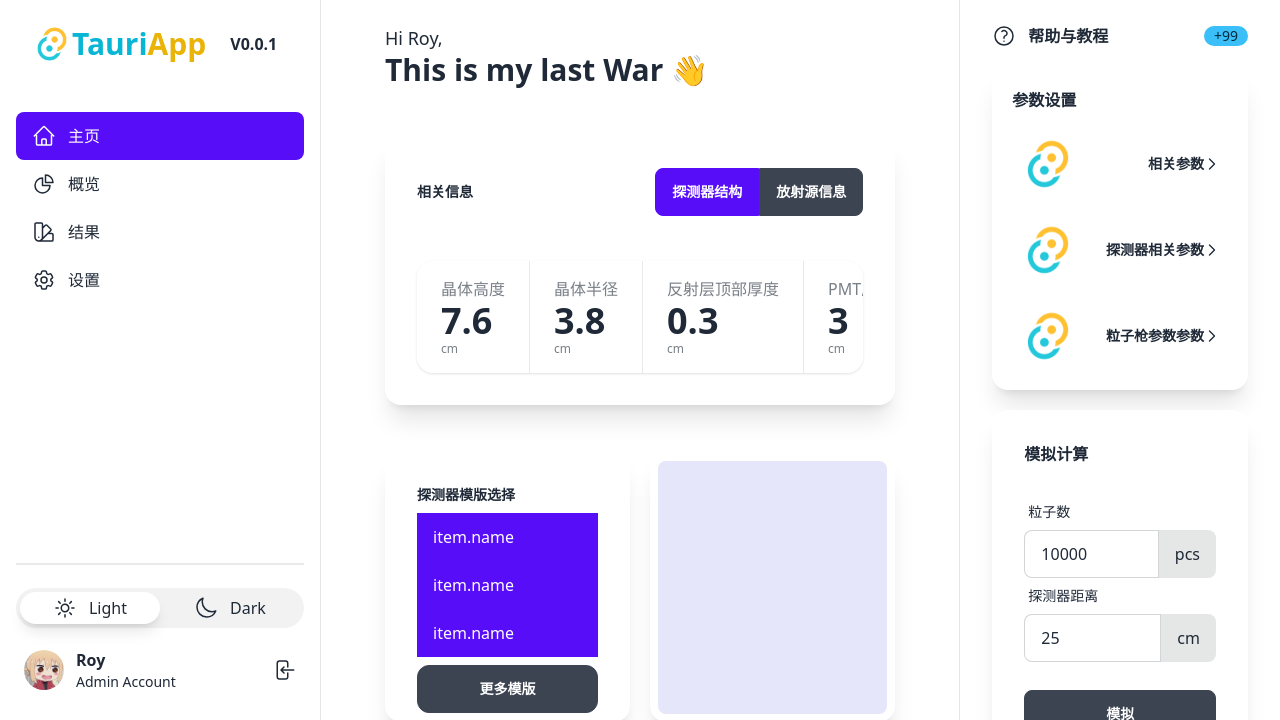
Repository: XMZOVO/tauri-geant4
Page: /
An editor plug-in stored every save of this project. The page is shown before and after the next save, followed by the edit.
The browser window is 1280 px wide. The pictures show the whole page.
The page's requests for data from a server got no answer. An inner scrolling area shows only its first screen. The project was rebuilt for these pictures with package versions that can differ from the ones it lists, and the page was loaded fresh each time. No one was signed in, and anything a server would have sent is missing. Also part of the build but not shown: vite.config.ts.

Above is the page before, as saved 2022-09-11 19:17:30.

After the next save:
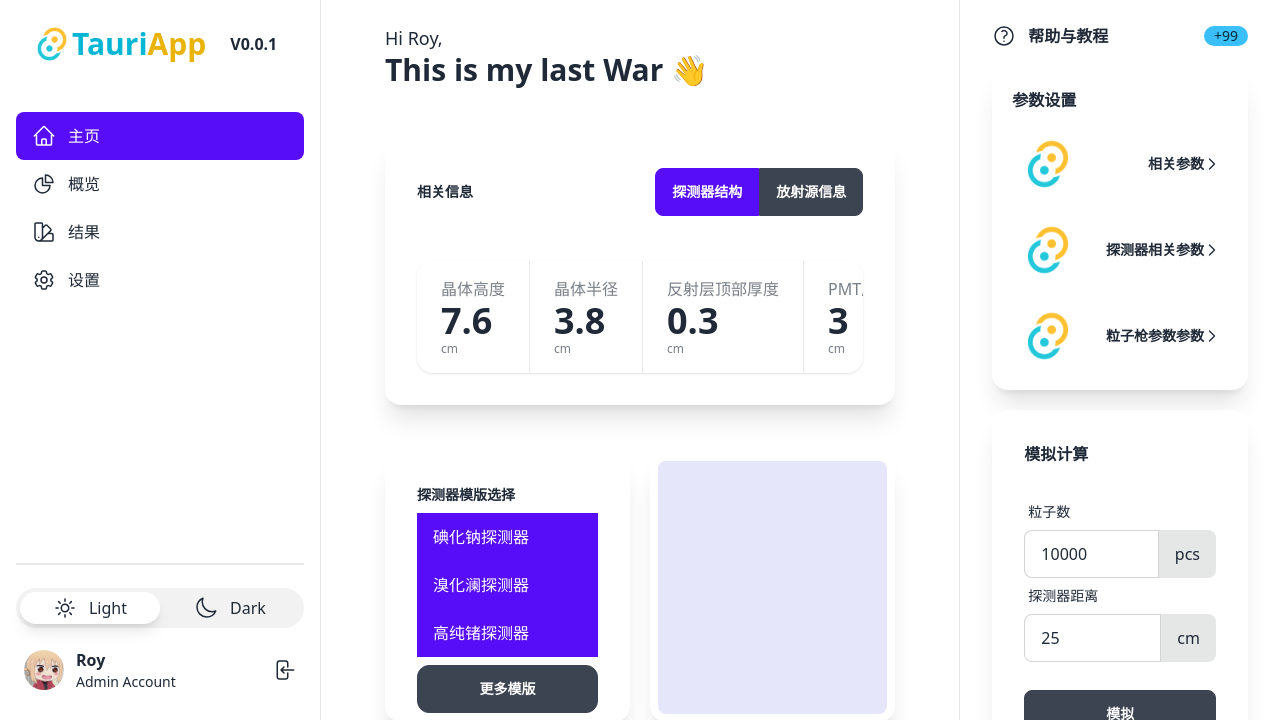
Saved 5 s later.
--- a/src/components/Home.vue
+++ b/src/components/Home.vue
@@ -189,7 +189,7 @@ const exitApp = async () => {
             <!-- item -->
             <ul class="menu h-full w-full justify-between bg-base-100">
               <li v-for="(item, index) in detectorList">
-                <a class="active">item.name</a>
+                <a class="active">{{ item.name }}</a>
               </li>
             </ul>
             <!-- <div
